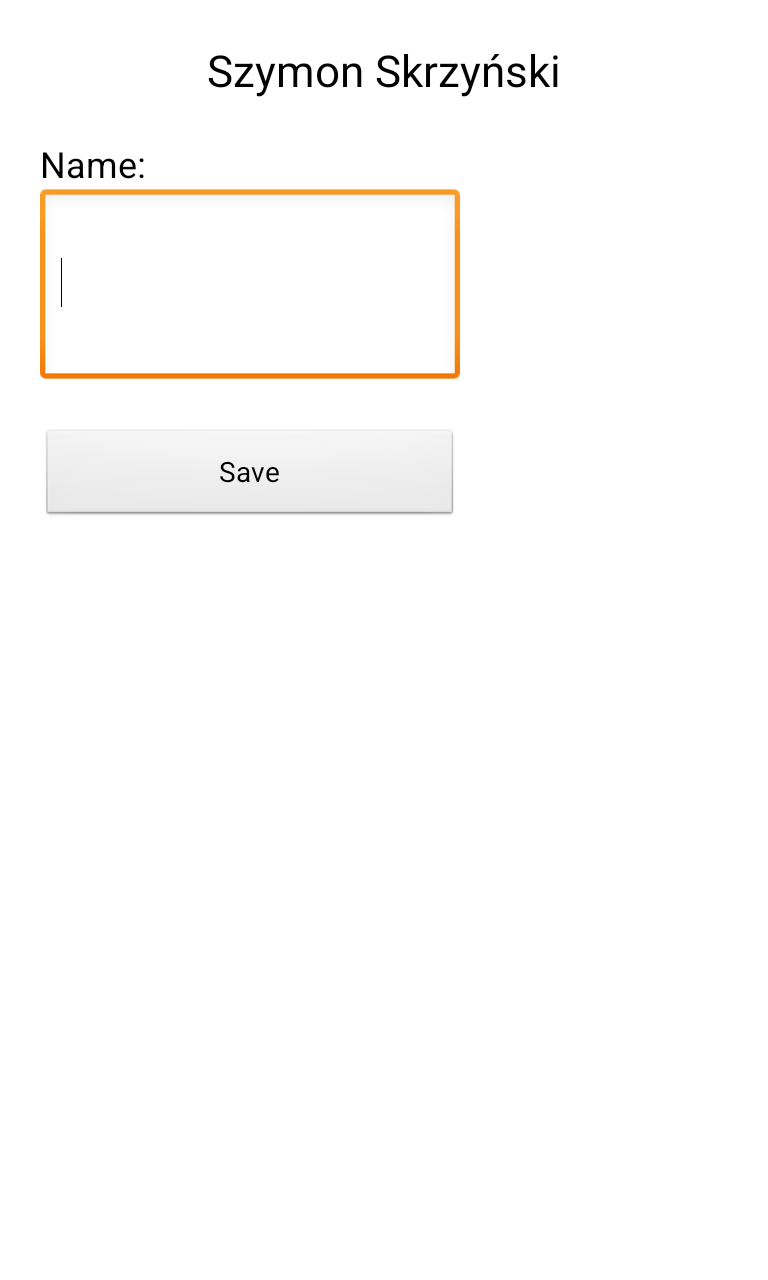
Repository: SimonIsMe/workspace_android
Layout: Lista5/res/layout/activity_add_new_note.xml
An editor plug-in stored every save of this project. The layout is shown before and after a run of saves, followed by the edit.
It is drawn on a 768 x 1280 px phone screen (xhdpi) without system bars, with theme AppTheme; the app's code is not run.

Above is the layout before, as saved 2012-12-11 19:31:04.

### Lista5/res/layout/activity_add_new_note.xml
<RelativeLayout xmlns:android="http://schemas.android.com/apk/res/android"
    xmlns:tools="http://schemas.android.com/tools"
    android:layout_width="fill_parent"
    android:layout_height="fill_parent"
    tools:context=".AddNewPerson" >

    <ScrollView></ScrollView>

    <TableLayout
        android:id="@+id/tableLayout1"
        android:layout_width="fill_parent"
        android:layout_height="fill_parent"
        android:layout_margin="20dp" >

        <TableRow
            android:id="@+id/tableRow1"
            android:layout_width="fill_parent"
            android:layout_height="wrap_content"
            android:layout_gravity="center"
            android:gravity="center" >

            <TextView
                android:id="@+id/fullName"
                android:layout_width="fill_parent"
                android:layout_height="wrap_content"
                android:layout_gravity="center"
                android:text="Szymon Skrzyński"
                android:textAppearance="?android:attr/textAppearanceLarge" />

        </TableRow>

        <TableRow
            android:id="@+id/tableRow2"
            android:layout_width="fill_parent"
            android:layout_height="wrap_content"
            android:layout_marginTop="20dp" >

            <TextView
                android:id="@+id/textView2"
                android:layout_width="wrap_content"
                android:layout_height="wrap_content"
                android:text="Name:"
                android:textAppearance="?android:attr/textAppearanceMedium" />

        </TableRow>

        <TableRow
            android:id="@+id/tableRow3"
            android:layout_width="fill_parent"
            android:layout_height="wrap_content" >

            <EditText
                android:id="@+id/note"
                android:layout_width="fill_parent"
                android:layout_height="100dp"
                android:ems="10" >

                <requestFocus />
            </EditText>

        </TableRow>

        <TableRow
            android:id="@+id/tableRow2"
            android:layout_width="fill_parent"
            android:layout_height="wrap_content"
            android:layout_marginTop="20dp" >

            <Button
                android:id="@+id/button1"
                android:layout_width="wrap_content"
                android:layout_height="wrap_content"
                android:onClick="save"
                android:text="Save" />

        </TableRow>

    </TableLayout>

</RelativeLayout>

Loaded but not shown: Lista5/res/values/styles.xml (common file)

After the next 2 saves:
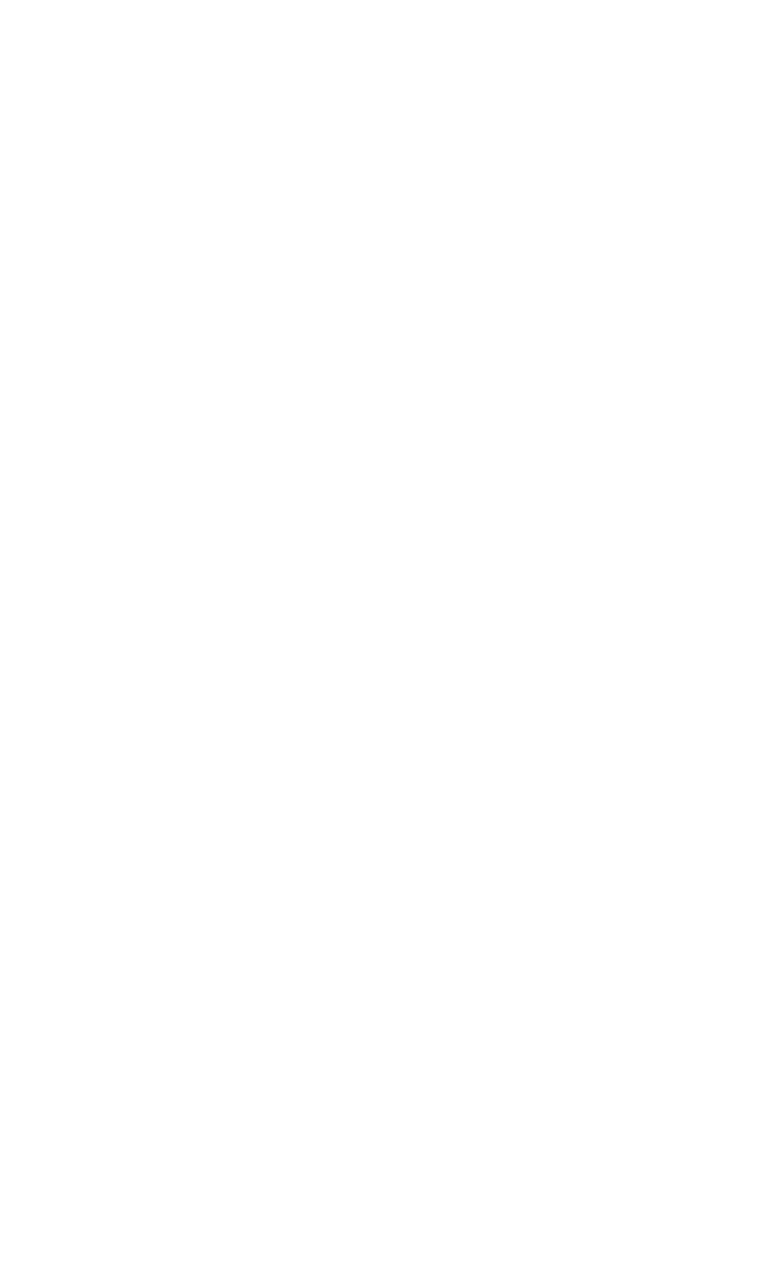
The 2 saves are shown as one change because they came seconds apart.
The last was saved 11 s later.
--- a/Lista5/res/layout/activity_add_new_note.xml
+++ b/Lista5/res/layout/activity_add_new_note.xml
@@ -4,7 +4,7 @@
     android:layout_height="fill_parent"
     tools:context=".AddNewPerson" >
 
-    <ScrollView></ScrollView>
+    <ScrollView>
 
     <TableLayout
         android:id="@+id/tableLayout1"
@@ -77,4 +77,6 @@
 
     </TableLayout>
 
+    </ScrollView>
+
 </RelativeLayout>

After the save that followed:
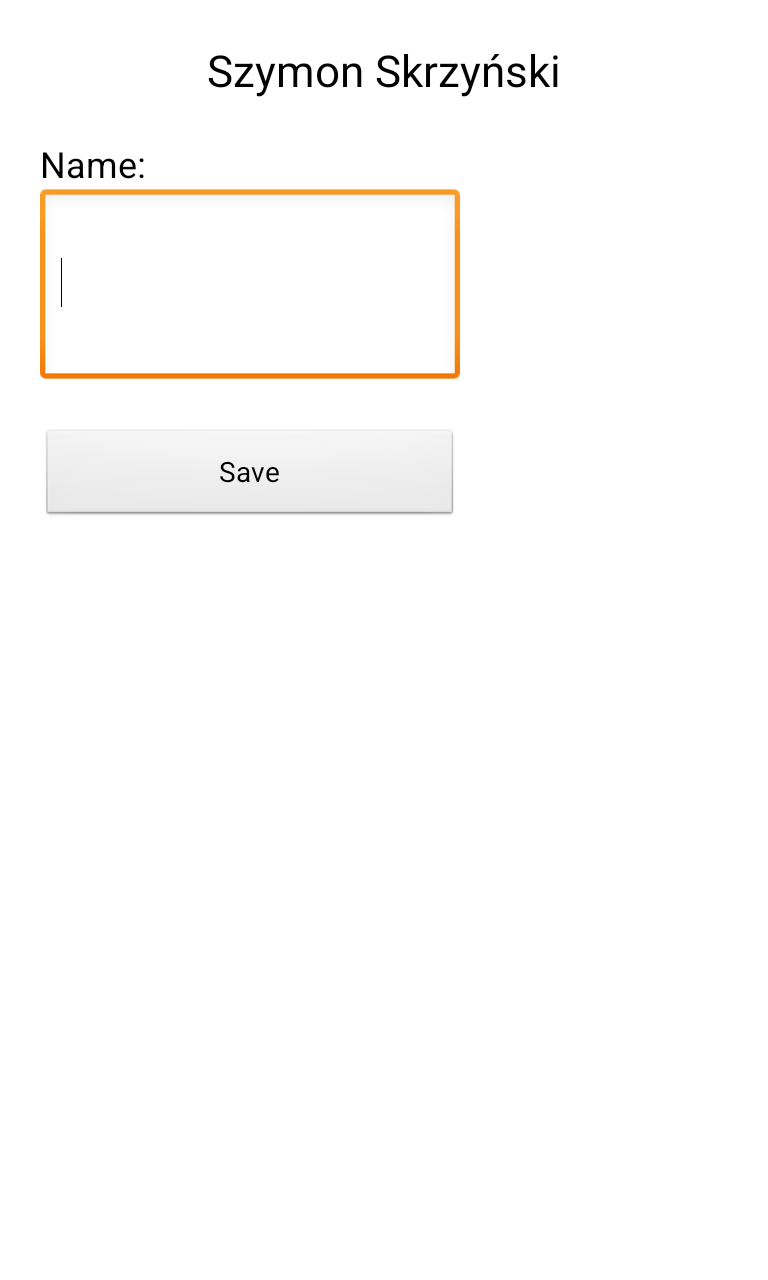
Saved 15 s later.
--- a/Lista5/res/layout/activity_add_new_note.xml
+++ b/Lista5/res/layout/activity_add_new_note.xml
@@ -4,7 +4,9 @@
     android:layout_height="fill_parent"
     tools:context=".AddNewPerson" >
 
-    <ScrollView>
+    <ScrollView
+        android:layout_width="fill_parent"
+        android:layout_height="fill_parent" >
 
     <TableLayout
         android:id="@+id/tableLayout1"
